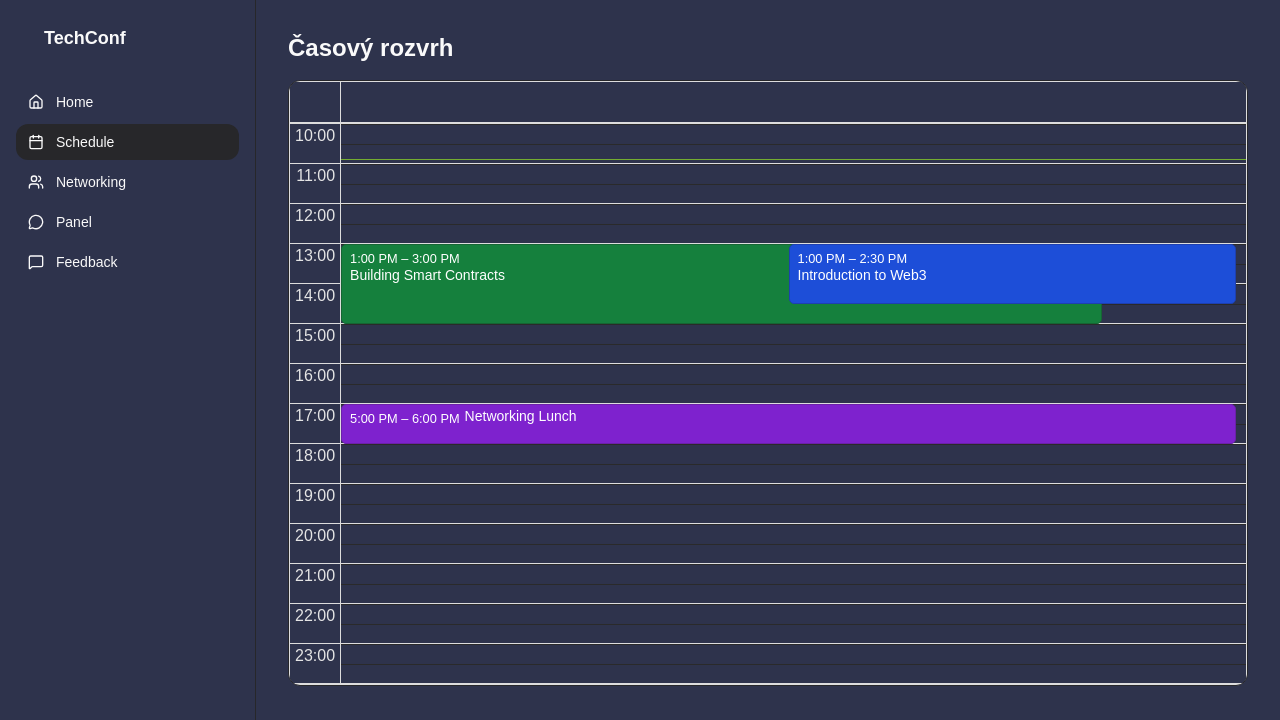
Repository: mrnavdal/symposium-2024
Page: /schedule (app in symposium24/)
These files come from the project's save history. The page is drawn as it stood at one moment and after the next save; the edit follows.
The browser window is 1280 px wide. The pictures show the whole page.
The project was rebuilt for these pictures with package versions that can differ from the ones it lists, and the page was loaded fresh each time. The framework's server and built-in components were replaced by stand-ins that run in the browser. Also part of the build but not shown: symposium24/next.config.js, symposium24/src/components/ui/dialog.tsx, symposium24/src/data/speakers.ts, symposium24/src/components/EventDialog.tsx.

Above is the page before, as saved 2024-11-08 15:35:11.

After the next save:
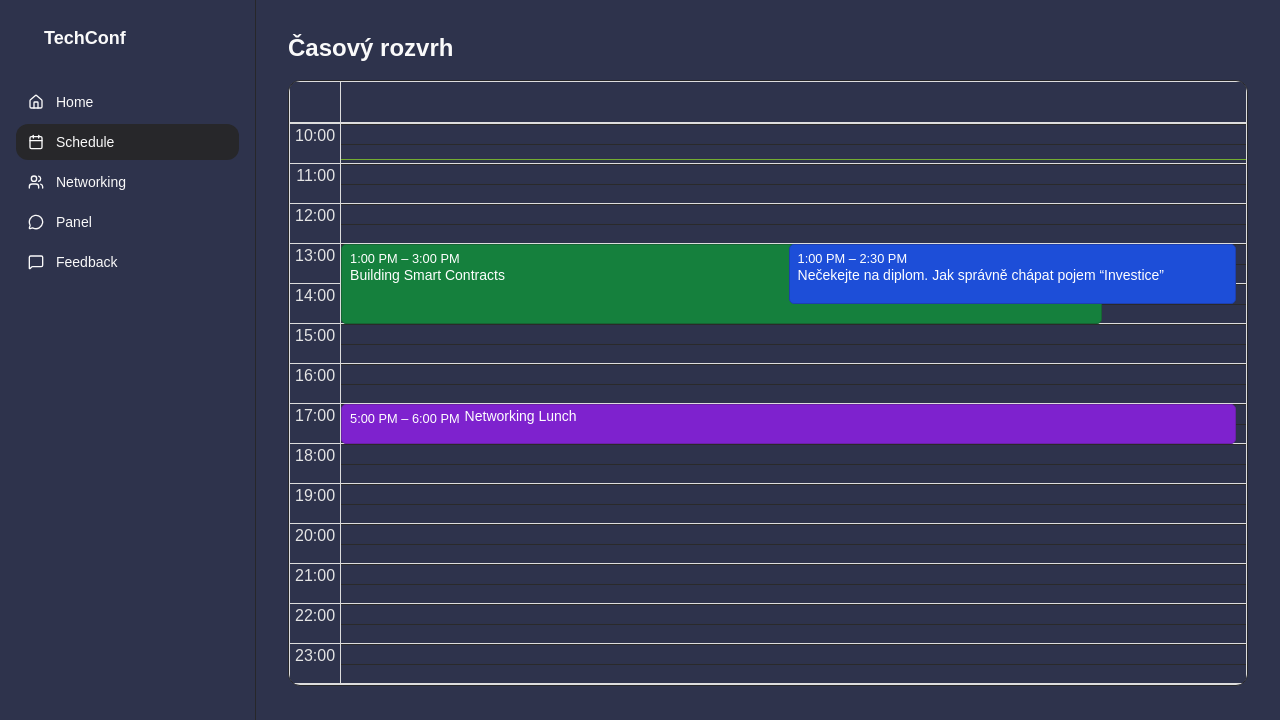
Saved 35 s later.
--- a/symposium24/src/data/events.ts
+++ b/symposium24/src/data/events.ts
@@ -3,7 +3,7 @@ import { CalendarEvent } from '@/types/event'
 export const events: CalendarEvent[] = [
   {
     id: '1',
-    title: 'Introduction to Web3',
+    title: 'Nečekejte na diplom. Jak správně chápat pojem “Investice”',
     type: 'lecture',
     start: new Date(2024, 10, 8, 13, 0),
     end: new Date(2024, 10, 8, 14, 30),
